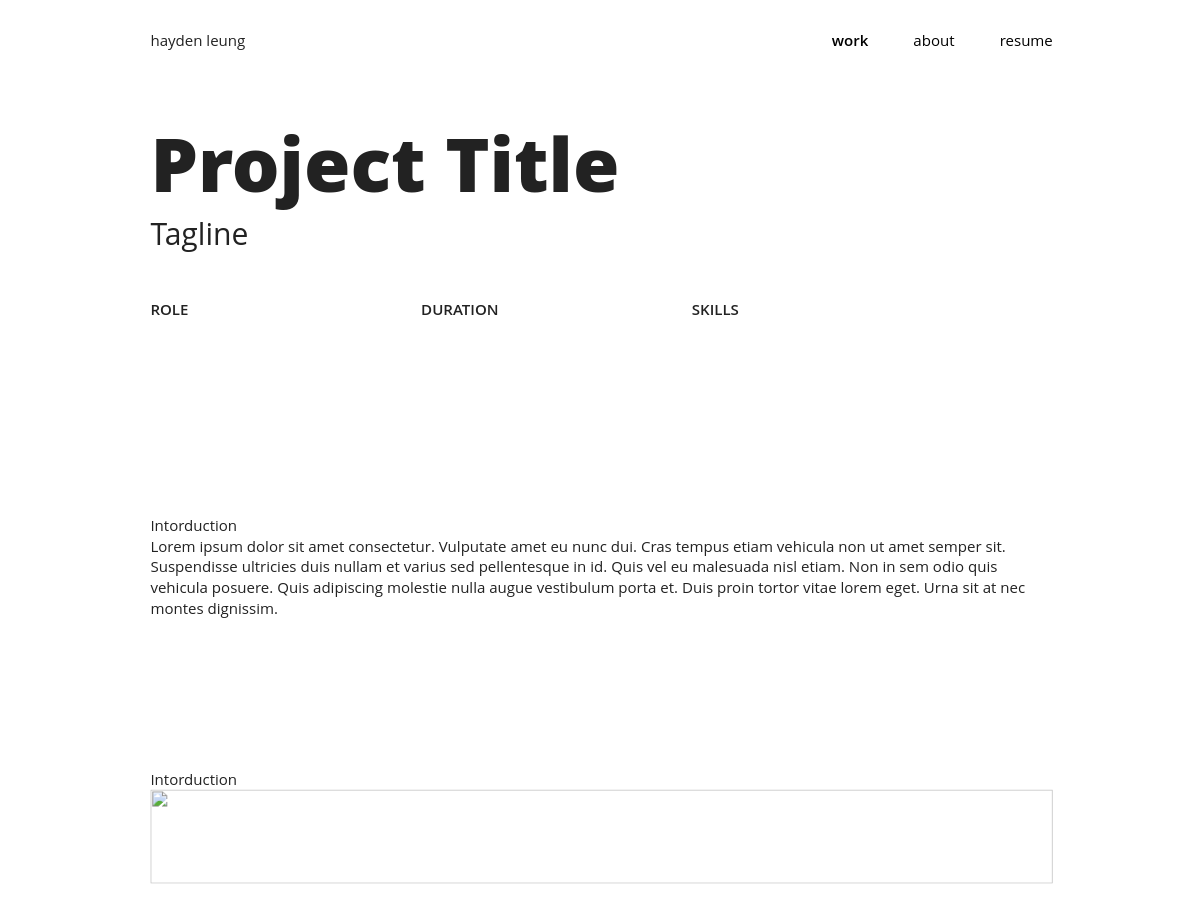
Repository: Haydenleung/Artifact
Page: /
An editor plug-in stored every save of this project. The page is shown before and after the next save, followed by the edit.
The browser window is 1280 px wide. The pictures show the whole page, at 94% of full size.
The project was rebuilt for these pictures with package versions that can differ from the ones it lists, and the page was loaded fresh each time. The framework's server and built-in components were replaced by stand-ins that run in the browser. Also part of the build but not shown: next.config.mjs.

Above is the page before, as saved 2024-01-29 00:03:14.

After the next save:
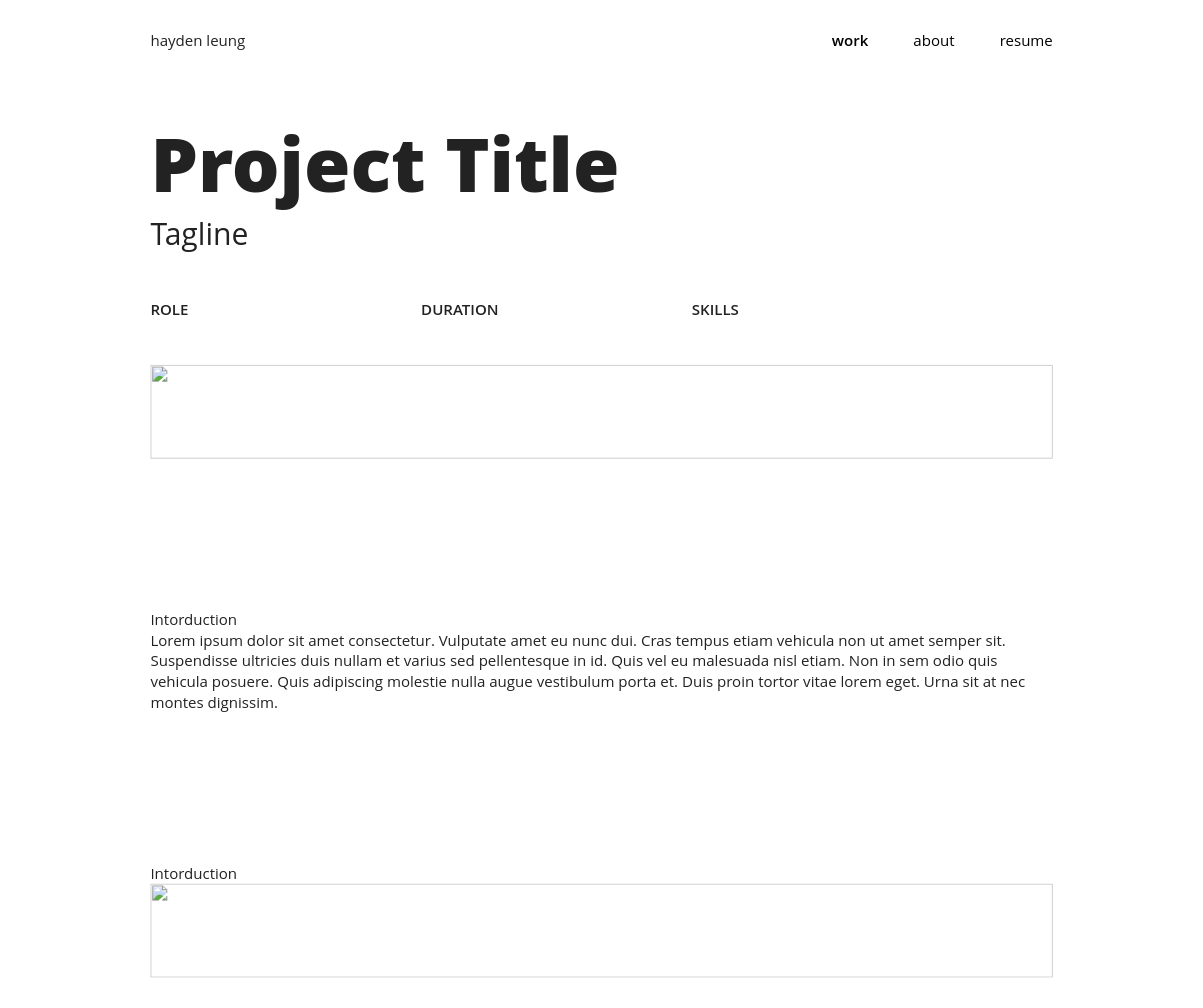
Saved 20 s later.
--- a/src/components/CaseStudy/index.tsx
+++ b/src/components/CaseStudy/index.tsx
@@ -12,6 +12,7 @@ export default function CaseStudy() {
                     <div>DURATION</div>
                     <div>SKILLS</div>
                 </div>
+                <Image src="/" alt="" width={100} height={100} />
             </div>
             <div className={styles.introduction}>
                 <div className={styles.introTitle}>Intorduction</div>
